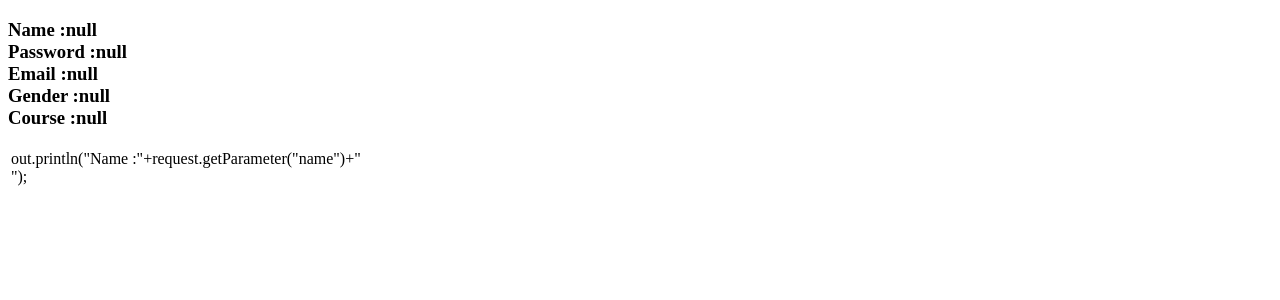
Repository: Kamleshmaury/CoreJava
Page: http://localhost/RegistrationForm/file.jsp
These files come from the project's save history. The page is drawn as it stood at one moment and after the next save; the edit follows.
The browser window is 1280 px wide. The pictures show the whole page.
The page is served by Tomcat 10.

Above is the page before, as saved 2022-10-18 12:17:03.

After the next save:
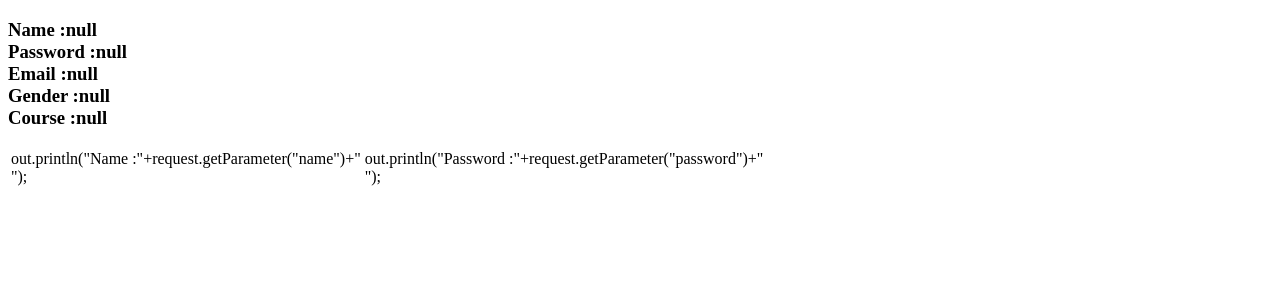
Saved 60 s later.
--- a/RegistrationForm/src/main/webapp/file.jsp
+++ b/RegistrationForm/src/main/webapp/file.jsp
@@ -10,6 +10,7 @@
 	<table>
 		<tr>
 			<td>out.println("Name :"+request.getParameter("name")+"<br>");</td>
+			<td>out.println("Password :"+request.getParameter("password")+"<br>");</td>
 		</tr>
          <h3><%
           	out.println("Name :"+request.getParameter("name")+"<br>");
